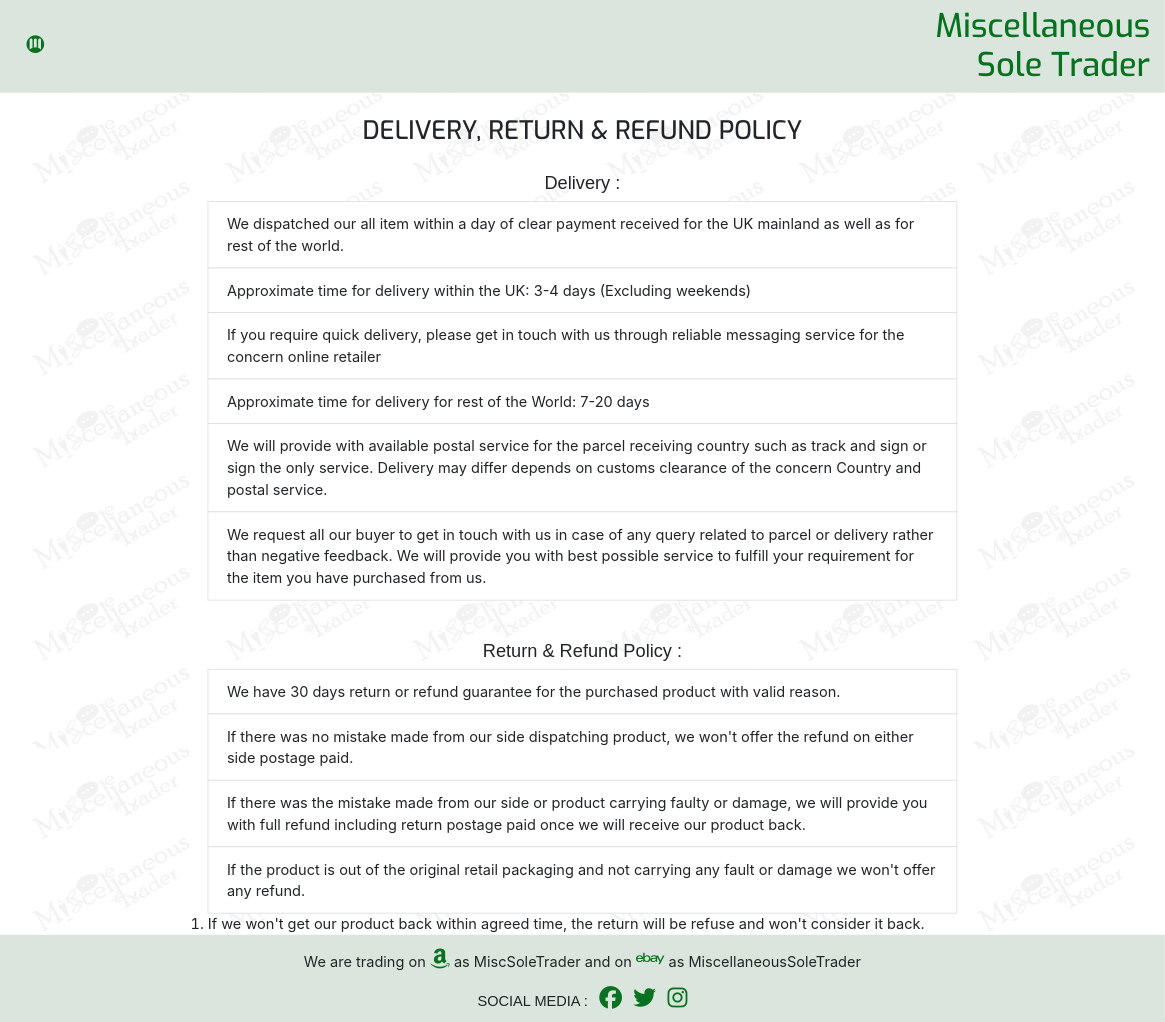
Repository: Code-Institute-Submissions/MilestoneProjectMST
Page: delretref.html
The author's editor kept a record of every edit. The page is drawn from the files as they stood at one moment, then again after the next edit.
The browser window is 1280 px wide. The pictures show the whole page, at 91% of full size.
Backgrounds fixed to the window are drawn as part of the page. Some web fonts or font styles are not loaded; a fallback is used. Some web libraries are served in a nearby version.

Above is the page before.
Console error: TypeError: Cannot read properties of undefined (reading 'fn')

After the next edit:
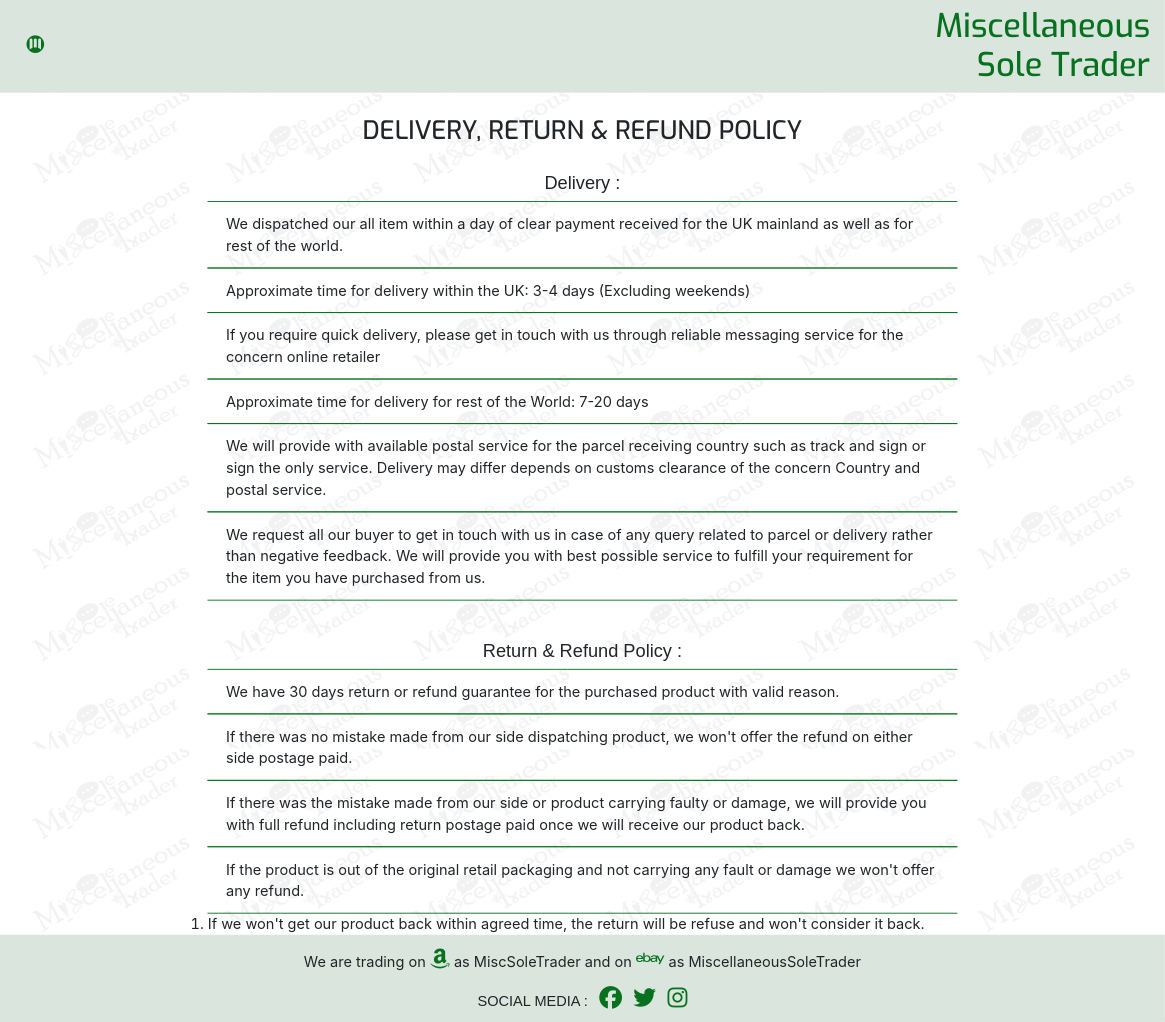
The edit:
--- a/support/style.css
+++ b/support/style.css
@@ -333,8 +333,11 @@
     display: block;
     padding: .75rem 1.25rem;
     margin-bottom: -1px;
-    background-color: #fff;
-    border: 1px solid rgba(0,0,0,.125);
+    background-color: transparent;
+    border: 1px solid #07711f;
+    border-right: 0;
+    border-left: 0;
+    border-radius: 0;
 }
 
 /*-------------------------------------------------------------------------General--*/
